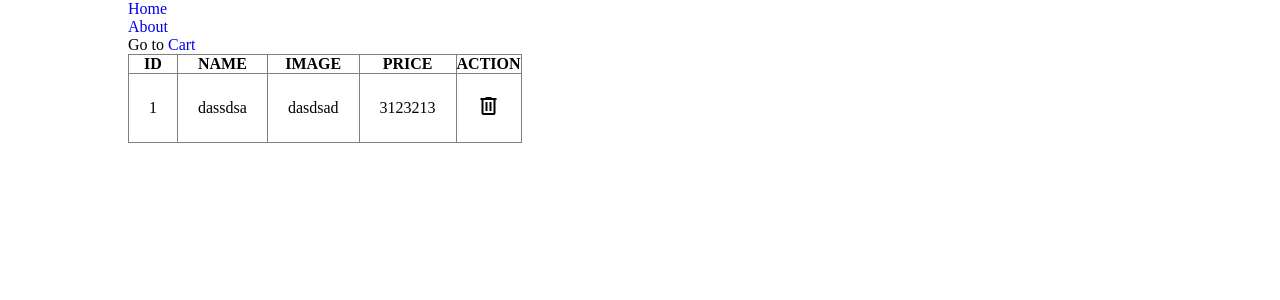
Repository: tuankiet10920/vuejs
Page: /cart
An editor plug-in stored every save of this project. The page is shown before and after the next save, followed by the edit.
The browser window is 1280 px wide. The pictures show the whole page.
The project was rebuilt for these pictures with package versions that can differ from the ones it lists, and the page was loaded fresh each time. Also part of the build but not shown: vite.config.js.

Above is the page before, as saved 2024-08-23 12:51:07.

### index.html
<!DOCTYPE html>
<html lang="en">
  <head>
    <meta charset="UTF-8">
    <link rel="icon" href="/favicon.ico">
    <meta name="viewport" content="width=device-width, initial-scale=1.0">
    <title>Vite App</title>
    <link rel="stylesheet" href="https://fonts.googleapis.com/css2?family=Material+Symbols+Outlined:opsz,wght,FILL,GRAD@24,400,0,0" />
    <style>
      *{
        margin: 0;
        padding: 0;
        box-sizing: border-box;
        list-style: none;
        text-decoration: none;
      }
      body{
        width: 100%;
        display: flex;
        justify-content: center;
      }
      #app{
        width: 80%;
      }
    </style>
  </head>
  <body>
    <div id="app"></div>
    <script type="module" src="/src/main.js"></script>
  </body>
</html>

### src/main.js
import { createApp } from 'vue'
import App from './App.vue'
import router from './router'
import lsProduct from '../public/data/lsProduct.json';

if(!localStorage.getItem('lsProduct')){
    localStorage.setItem('lsProduct', JSON.stringify(lsProduct));
}

const app = createApp(App)

app.use(router)

app.mount('#app')

### src/App.vue
<script setup>
import { RouterLink, RouterView } from 'vue-router'


</script>

<template>
<!-- <RouterLink to="/">Home</RouterLink> -->
  <header>
    <ul>
      <li>
        <RouterLink to="/">Home</RouterLink>
      </li>
      <li>
        <RouterLink to="/about">About</RouterLink>
      </li>
      <li>
        Go to  <RouterLink to="/cart">Cart</RouterLink>
      </li>
    </ul>
  </header>
  <RouterView/>
</template>

### src/router/index.js
import { createRouter, createWebHistory } from 'vue-router'

const router = createRouter({
  history: createWebHistory(import.meta.env.BASE_URL),
  routes: [
    {
      path: '/',
      name: 'home',
      component: () => import('../views/HomeView.vue')
    },
    {
      path: '/about',
      name: 'about',
      component: () => import('../views/AboutView.vue')
    },
    {
      path: '/cart',
      name: 'cart',
      component: () => import('../views/CartView.vue')
    }
  ]
})

export default router

### public/data/lsProduct.json
[
    {
        "id" : 1,
        "name" : "Donna Born In Roma",
        "price" : 1000000,
        "image" : "product-1.webp"
    },
    {
        "id" : 2,
        "name" : "Frangipani Flower Cologne",
        "price" : 2000000,
        "image" : "product-2.webp"
    },
    {
        "id" : 3,
        "name" : "Glossier You Eau",
        "price" : 3000000,
        "image" : "product-3.webp"
    },
    {
        "id" : 4,
        "name" : "Mini Cheirosa",
        "price" : 4000000,
        "image" : "product-4.webp"
    }
]

### src/views/CartView.vue
<template>
    <table border="1px" style="border-collapse: collapse;">
        <thead>
            <tr>
                <th>ID</th>
                <th>NAME</th>
                <th>IMAGE</th>
                <th>PRICE</th>
                <th>ACTION</th>
            </tr>
        </thead>
        <tbody>
            <tr>
                <td>1</td>
                <td>dassdsa</td>
                <td>dasdsad</td>
                <td>3123213</td>
                <td style="text-align: center;">
                    <span class="material-symbols-outlined">
                        delete
                    </span>
                </td>
            </tr>
        </tbody>
    </table>
</template>

<style scoped>
    td{
        padding: 20px;
    }
</style>

After the next save:
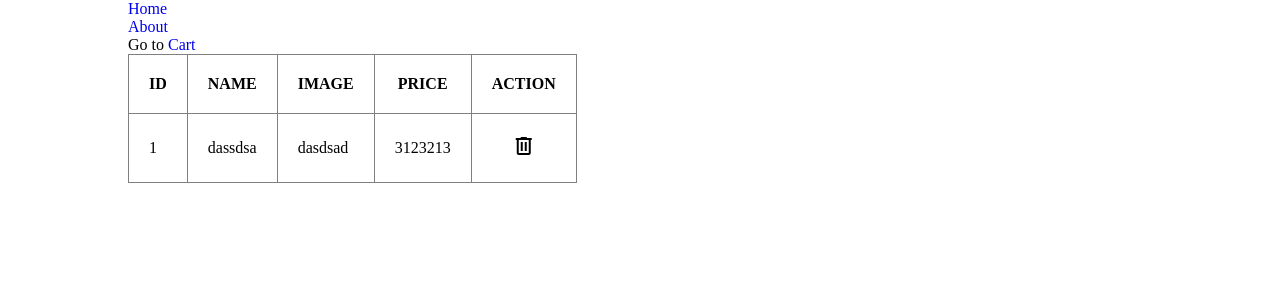
Saved 6 s later.
--- a/src/views/CartView.vue
+++ b/src/views/CartView.vue
@@ -26,7 +26,7 @@
 </template>
 
 <style scoped>
-    td{
+    th, td{
         padding: 20px;
     }
 </style>
